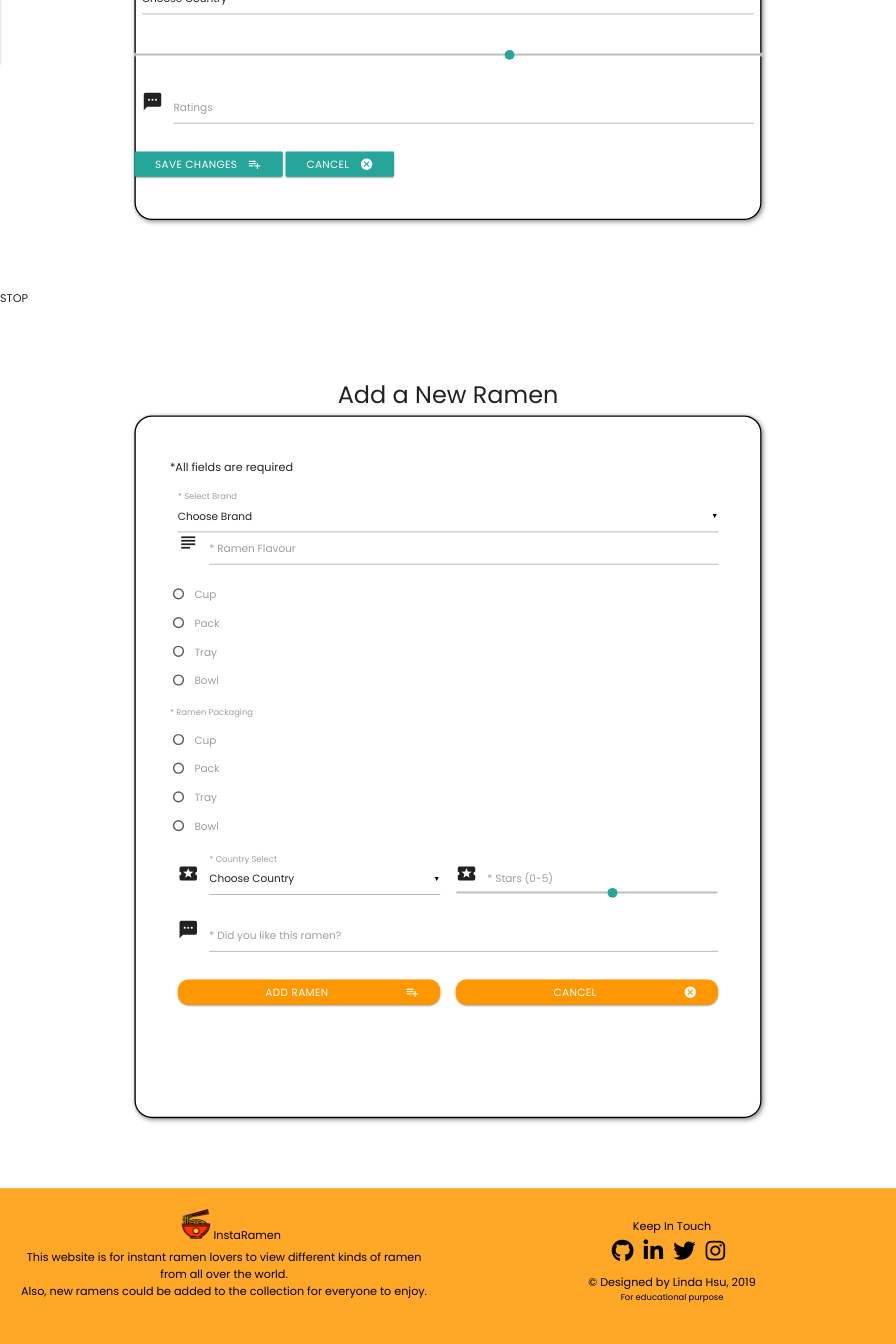
Repository: Paddlepop25/codeinstitute-insta-ramen
Page: templates/edit_ramen.html
The author's editor kept a record of every edit. The page is drawn from the files as they stood at one moment, then again after the next edit.
The browser window is 1280 px wide. The pictures show the part of the page from y = 689 to 2609 px (the page is 2609 px tall before and 2502 px after), at 70% of full size.
Some web libraries are served in a nearby version. The page is served by the project's application, run on Flask 3 (app.py). The template is opened directly, without the code that normally fills it, so the values that code supplies are empty.

Above is the page before.

### templates/edit_ramen.html
{% extends 'base.html' %} {% block content %}

<div class="container edit-ramen">
      <h4>Edit Ramen</h4>
  <div class="row">
    <form action="{{ url_for('update_ramen', ramen_id=ramen._id) }}" method="POST" class="ramen_form">
      <div class="row">
        <span>*</span><span>All fields are required</span>
      </div>

      <div class="input-field col s6">
        <select required id="Brand" name="Brand">
                    <option value="" disabled selected>Choose Brand</option>
                    {% for ramen_brand in brands | sort (attribute='Brand') %}
                    {% if ramen_brand.Brand == ramen.Brand %}
                        <option value="{{ ramen_brand.Brand }}" selected>{{ ramen_brand.Brand|capitalize}}</option>
                      {% else %}
                      <option value="{{ ramen_brand.Brand }}">{{ ramen_brand.Brand }}</option>
                        {% endif %}
                    {% endfor %}

                  </select>
        <label><span>* </span>Select Brand</label>
      </div>

      <div class="row">
        <div class="input-field col s12">
          <i class="material-icons prefix">subject</i>
          <input id="Flavour" name="Flavour" type="text" value="{{ramen.Flavour}}">
          <label for="ramen_flavour">Ramen Flavour</label>
        </div>
      </div>

      <div class="row">
        <p>
          {% if ramen.Style == "Cup" %}
          <input class="with-gap" name="Style" type="radio" id="cup" value="Cup" checked/> {% else %}
          <input class="with-gap" name="Style" type="radio" id="cup" value="Cup" /> {% endif %}
          <label for="cup">Cup</label>
        </p>
        <p>
          {% if ramen.Style == "Pack" %}
          <input class="with-gap" name="Style" type="radio" id="pack" value="Pack" checked/> {% else %}
          <input class="with-gap" name="Style" type="radio" id="pack" value="Pack" /> {% endif %}
          <label for="pack">Pack</label>
        </p>
        <p>
          {% if ramen.Style == "Tray" %}
          <input class="with-gap" name="Style" type="radio" id="tray" value="Tray" checked/> {% else %}
          <input class="with-gap" name="Style" type="radio" id="tray" value="Tray" /> {% endif %}
          <label for="tray">Tray</label>
        </p>
        <p>
          {% if ramen.Style == "Bowl" %}
          <input class="with-gap" name="Style" type="radio" id="bowl" value="Bowl" checked/> {% else %}
          <input class="with-gap" name="Style" type="radio" id="bowl" value="Bowl" /> {% endif %}
          <label for="bowl">Bowl</label>
        </p>
      </div>

      <div class="row">
        <div class="input-field col s12">
          <select id="Country" name="Country">
                    <option value disabled selected>Choose Country</option>
                      {% for ramen_country in countries %}
                      {% if ramen_country.Country == ramen.Country %}
                        <option value="{{ ramen_country.Country }}" selected>{{ ramen_country.Country }}</option>
                      {% else %}
                      <option value="{{ ramen_country.Country }}">{{ ramen_country.Country }}</option>
                        {% endif %}
                    {% endfor %}
                  </select>
          <label>Country Select</label>
        </div>
      </div>


      <div class="row">
        <p class="range-field">
          <input type="range" id="Stars" name="Stars" min="0" max="5" value="{{ramen.Stars}}" />
        </p>
      </div>

      <div class="row">
        <div class="input-field col s12">
          <i class="material-icons prefix">textsms</i>
          <input id="Ratings" name="Ratings" type="text" value="{{ramen.Ratings}}">
          <label for="ramen_rating">Ratings</label>
        </div>
      </div>

      <div class="row">
        <button class="btn waves-effect waves-light" type="submit" name="action">Save Changes
                  <i class="material-icons right">playlist_add</i>
                </button>
        <a href="{{url_for('get_ramen')}}" class="btn"><i class="material-icons right">cancel</i>Cancel</a>

      </div>
    </form>

  </div>
</div>

STOP

<div class="container add-ramen">
    <h4>Add a New Ramen</h4>
  <form action="{{ url_for('update_ramen', ramen_id=ramen._id) }}" method="POST" class="ramen-form">
    <div class="row">
      <span>*</span><span>All fields are required</span>
    </div>

    <div class="row select-countries">
      <div class="input-field col s12">
        <select required id="Brand" name="Brand">
          <option value="" disabled selected>Choose Brand</option>
          {% for brand in brands | sort (attribute='Brand')%}
          {% if ramen_brand.Brand == ramen.Brand %}
                        <option value="{{ ramen_brand.Brand }}" selected>{{ ramen_brand.Brand|capitalize}}</option>
                      {% else %}
                      <option value="{{ ramen_brand.Brand }}">{{ ramen_brand.Brand }}</option>
                        {% endif %}
                    {% endfor %}
        </select>
        <label><span>* </span>Select Brand</label>
      </div>
    </div>

    <div class="row select-flavour">
      <div class="input-field col s12">
        <i class="material-icons prefix">subject</i>
        <input id="Flavour" name="Flavour" type="text" value="{{ramen.Flavour}}" required>
        <label for="ramen_flavour"><span>* </span>Ramen Flavour</label>
      </div>
    </div>

     <div class="row select-packaging">
        <p>
          {% if ramen.Style == "Cup" %}
          <input class="with-gap" name="Style" type="radio" id="cup" value="Cup" checked/> {% else %}
          <input class="with-gap" name="Style" type="radio" id="cup" value="Cup" /> {% endif %}
          <label for="cup">Cup</label>
        </p>
        <p>
          {% if ramen.Style == "Pack" %}
          <input class="with-gap" name="Style" type="radio" id="pack" value="Pack" checked/> {% else %}
          <input class="with-gap" name="Style" type="radio" id="pack" value="Pack" /> {% endif %}
          <label for="pack">Pack</label>
        </p>
        <p>
          {% if ramen.Style == "Tray" %}
          <input class="with-gap" name="Style" type="radio" id="tray" value="Tray" checked/> {% else %}
          <input class="with-gap" name="Style" type="radio" id="tray" value="Tray" /> {% endif %}
          <label for="tray">Tray</label>
        </p>
        <p>
          {% if ramen.Style == "Bowl" %}
          <input class="with-gap" name="Style" type="radio" id="bowl" value="Bowl" checked/> {% else %}
          <input class="with-gap" name="Style" type="radio" id="bowl" value="Bowl" /> {% endif %}
          <label for="bowl">Bowl</label>
        </p>
      </div>

    <div class="row select-packaging">
      <label><span>* </span>Ramen Packaging</label>
      <p>
        <input class="with-gap" name="Style" type="radio" id="cup" value="Cup" required/>
        <label for="cup">Cup</label>
      </p>
      <p>
        <input class="with-gap" name="Style" type="radio" id="pack" value="Pack" />
        <label for="pack">Pack</label>
      </p>
      <p>
        <input class="with-gap" name="Style" type="radio" id="tray" value="Tray" />
        <label for="tray">Tray</label>
      </p>
      <p>
        <input class="with-gap" name="Style" type="radio" id="bowl" value="Bowl" />
        <label for="bowl">Bowl</label>
      </p>
    </div>












    <div class="row select-country-stars">

      <div class="input-field col s12 m6">
        <i class="material-icons prefix">local_play</i>
        <select id="Country" name="Country" required>
          <option value="" disabled selected>Choose Country</option>
          {% for ramen in countries %}
              <option value="{{ ramen.Country }}" >{{ ramen.Country }}</option>
          {% endfor %}
        </select>
        <label><span>* </span>Country Select</label>
      </div>

      <div class="input-field col s12 m6">
        <i class="material-icons prefix">local_play</i>
        <label><span>* </span>Stars (0-5)</label>
        <p class="range-field stars">
          <input type="range" id="Stars" name="Stars" min="0" max="5" required/>
        </p>
      </div>

    </div>

    <div class="row select-reviews">
      <div class="input-field col s12">
        <i class="material-icons prefix">textsms</i>
        <input id="Ratings" name="Ratings" type="text" required>
        <label for="ramen_rating"><span>* </span>Did you like this ramen?</label>
      </div>
    </div>

    <div class="row select-submit">
      <div class="col s12 m6">
        <button class="btn waves-effect waves-light orange" type="submit" name="action">
          <i class="material-icons right">playlist_add</i>Add Ramen
      </button>
      </div>
      <div class="col s12 m6">
        <a href="{{url_for('get_ramen')}}" class="btn orange"><i class="material-icons right">cancel</i>Cancel</a>
      </div>
    </div>


  </form>

</div>
{% endblock %}

### templates/base.html
<!DOCTYPE html>
<html>

<head>
  <link href="https://fonts.googleapis.com/icon?family=Material+Icons" rel="stylesheet">
  <link rel="stylesheet" href="https://cdnjs.cloudflare.com/ajax/libs/materialize/0.100.2/css/materialize.min.css">
  <link rel="stylesheet" href="https://use.fontawesome.com/releases/v5.8.1/css/all.css" integrity="sha384-50oBUHEmvpQ+1lW4y57PTFmhCaXp0ML5d60M1M7uH2+nqUivzIebhndOJK28anvf" crossorigin="anonymous" />
  <link href="https://fonts.googleapis.com/css?family=Montserrat|Poppins|Roboto&display=swap" rel="stylesheet">
  <link rel="icon" href="{{ url_for('static', filename='images/favicon.ico') }}" type="image/x-icon" />
  <link rel="stylesheet" href="/static/styles/styles.css" type="text/css" />

  <!-- Meta Data -->
  <meta charset="UTF-8">
  <meta name="viewport" content="width=device-width, initial-scale=1, shrink-to-fit=no">
  <meta http-equiv="X-UA-Compatible" content="ie=edge">
  <meta name="description" content="Insta Ramen">
  <meta name="keywords" content="Noodles, Ramen, Instant, Cup, Bowl, Packet">
  <meta name="author" content="Linda Hsu">

  <title>InstaRamen - {{ title }} </title>
</head>

<body>
  <header>
    <div class="navbar-fixed">
    <nav>
      <div class="nav-wrapper orange lighten-1">
        <a href="{{url_for('index')}}" class="brand-logo"><img class="ramen_logo" src="{{ url_for('static', filename='images/noodle_icon.png') }}" alt="Ramen noodles with chopsticks logo"/></a>
        <a href="#" data-activates="mobile-demo" class="button-collapse"><i class="material-icons">menu</i></a>
        <ul class="right hide-on-med-and-down">
          <li><a href="{{url_for('index')}}">Home</a></li>
          <li><a href="{{url_for('add_ramen')}}">Add Ramen</a></li>
          <li><a href="{{url_for('get_ramen')}}">Ramen Collection</a></li>
          <!--<li><a href="{{url_for('get_brands')}}">Ramen Brands</a></li>-->
          <li><a class="dropdown-button" href="#!" data-activates="dropdown1">Ramen Around The World<i class="material-icons right">arrow_drop_down</i></a>
            <ul id="dropdown1" class="dropdown-content">
              <li><a href="{{ url_for('ramen_asia') }}">Asia</a></li>
              <li><a href="{{ url_for('ramen_americas') }}">The Americas</a></li>
              <li><a href="{{ url_for('ramen_europe') }}">Europe</a></li>
              <li><a href="{{ url_for('ramen_rest_world') }}">Rest Of The World</a></li>
            </ul>
          </li>
        </ul>
        <ul class="side-nav" id="mobile-demo">
          <li><a href="{{url_for('index')}}">Home</a></li>
          <li><a href="{{url_for('add_ramen')}}">Add Ramen</a></li>
          <li><a href="{{url_for('get_ramen')}}">Ramen Collection</a></li>
          <!--<li><a href="{{url_for('get_brands')}}">Ramen Brands</a></li>-->
          <li><a href="{{ url_for('ramen_asia') }}">Ramen from Asia</a></li>
          <li><a href="{{ url_for('ramen_americas') }}">Ramen from The Americas</a></li>
          <li><a href="{{ url_for('ramen_europe') }}">Ramen from Europe</a></li>
          <li><a href="{{ url_for('ramen_rest_world') }}">Ramen from Rest Of The World</a></li>
        </ul>
      </div>
    </nav>
    </div>
  </header>

  {% block content %} {% endblock %}
    <div class="container-fluid">
  <footer class="page-footer orange lighten-1">
      <div class="row">
        <div class="col s12 m6 footer-logo">
          <div class="website-info">
            <a href="{{url_for('index')}}" class="brand-logo"><img class="ramen_logo" src="{{ url_for('static', filename='images/noodle_icon.png') }}" alt="Ramen noodles with chopsticks logo"/></a>
            <a href="{{url_for('index')}}">InstaRamen</a>
          </div>
          <p>This website is for instant ramen lovers to view different kinds of ramen from all over the world.
          <br>
          Also, new ramens could be added to the collection for everyone to enjoy.</p>
        </div>

        <div class="col s12 m6 footer-social">
          <p>Keep In Touch</p>
          <span><a href="https://github.com/Paddlepop25" target="_blank"><i class="fab fa-github fa-2x"></i></a></span>
          <span><a href="https://www.linkedin.com/in/lindahsu007/" target="_blank"><i class="fab fa-linkedin-in fa-2x"></i></a></span>
          <span><a href="https://twitter.com/shecodeshsucode" target="_blank"><i class="fab fa-twitter fa-2x"></i></a></span>
          <span><a href="https://www.instagram.com/shecodeshsucodes/" target="_blank"><i class="fab fa-instagram fa-2x"></i></a></span>
          <p class="design">&copy; Designed by Linda Hsu, 2019</p>
          <small>For educational purpose</small>
        </div>
      </div>
  </footer>
    </div>

  <script src="https://cdnjs.cloudflare.com/ajax/libs/jquery/3.2.1/jquery.min.js"></script>
  <script src="https://cdnjs.cloudflare.com/ajax/libs/materialize/0.100.2/js/materialize.min.js"></script>
  <!--<script type="text/javascript" src="./static/scripts/app.js"></script>-->
  <script type="text/javascript">
    $(document).ready(function() {
      $(".button-collapse").sideNav();
      $('select').material_select();
      $(".dropdown-button").dropdown();
    });
  </script>
</body>

</html>

### app.py
import os
from flask import Flask, render_template, redirect, request, url_for, send_from_directory
from flask_pymongo import PyMongo, DESCENDING
from bson.objectid import ObjectId
import re
import math
from werkzeug.utils import secure_filename

app = Flask(__name__)
app.config['UPLOAD_FOLDER'] = '/home/ubuntu/environment/uploads'
app.config['MONGO_DBNAME'] = 'ramen_database'
app.config["MONGO_URI"] = os.environ.get("MONGO_URI")

mongo = PyMongo(app)

@app.route('/')
def index():
    lastest_three=mongo.db.ramens.find().sort([("_id", DESCENDING)]).limit(3)
    return render_template('index.html', title="Home", lastest_three=lastest_three)

@app.route('/display_ramen/<ramen_id>', methods=['GET'])
def display_ramen(ramen_id):
    ramen = mongo.db.ramens.find_one({"_id": ObjectId(ramen_id)})
    return render_template('display_ramen.html', title="Display Ramen", ramen=ramen)

@app.route('/get_ramen')
def get_ramen():
    ramens=mongo.db.ramens.find().sort([("_id", DESCENDING)])
    return render_template('ramen_collection.html', title="Ramen Collection", ramens=ramens)

@app.route('/ramen_asia')
def ramen_asia():
    ramens=mongo.db.ramens.find({'Continent': 'Asia'})
    return render_template('ramen_asia.html', title="Asian", ramens=ramens)

@app.route('/ramen_europe')
def ramen_europe():
    ramens=mongo.db.ramens.find({'Continent': 'Europe'})
    return render_template('ramen_europe.html', title="Europe", ramens=ramens)

@app.route('/ramen_americas')
def ramen_americas():
    ramens=mongo.db.ramens.find({'Continent': 'The Americas'})
    return render_template('ramen_americas.html', title="Europe", ramens=ramens)

@app.route('/ramen_rest_world')
def ramen_rest_world():
    ramens=mongo.db.ramens.find({'Continent': 'The Rest'})
    return render_template('ramen_rest_world.html', title="Rest Of The World", ramens=ramens)

@app.route('/ramen_world')
def ramen_world():
    ramens=mongo.db.ramens.find(
        {'$or':
            [{'Continent': 'Asia'},{'Continent': "Europe"},{'Continent': "The Americas"},{'Continent': "The Rest"}]
        }
        )
    return render_template('ramen_world.html', title="Rest Of The World", ramens=ramens)

@app.route('/search_ramen')
def search_ramen():
    orig_query = request.args['query']
    query = {'$regex': re.compile('.*{}.*'.format(orig_query)), '$options': 'i'}
    print(query)
    results=mongo.db.ramens.find({'Flavour': query})

    # if file and allowed_file(file.filename):
    #         filename = secure_filename(file.filename)
    #         file.save(os.path.join(app.config['UPLOAD_FOLDER'], filename))
    #         return redirect(url_for('uploaded_file',
    #                                 filename=filename))

    ramen = []
    for result in results:
        ramen.append(result)

    return render_template('ramen_search.html', title="Search Results", query=orig_query, ramen_search=ramen)

@app.route('/add_ramen')
def add_ramen():
    brands = mongo.db.brands.find()
    countries=mongo.db.countries.find()
    return render_template('add_ramen.html', title="Add a Ramen", countries=countries, brands=brands)

@app.route('/insert_ramen', methods=['POST'])
def insert_ramen():
    ramens = mongo.db.ramens
    new_ramen = {
        'Brand': request.form.get('Brand'),
        'Flavour':request.form.get('Flavour'),
        'Style': request.form.get('Style'),
        'Country':request.form.get('Country'),
        'Stars':int(request.form.get('Stars')),
        'Ratings':request.form.get('Ratings')
    }
    ramens.insert_one(new_ramen)
    return redirect(url_for('get_ramen'))

@app.route('/edit_ramen/<ramen_id>', methods=['GET'])
def edit_ramen(ramen_id):
    ramen = mongo.db.ramens.find_one({"_id": ObjectId(ramen_id)})
    brands = mongo.db.brands.find()
    countries = mongo.db.countries.find()
    return render_template('edit_ramen.html', title="Edit Ramen", ramen=ramen, brands=brands, countries=countries)

@app.route('/update_ramen/<ramen_id>', methods=["POST"])
def update_ramen(ramen_id):
    ramen = mongo.db.ramens
    ramen.update( {'_id': ObjectId(ramen_id)},
    {
        'Brand': request.form.get('Brand'),
        'Flavour':request.form.get('Flavour'),
        'Style': request.form.get('Style'),
        'Country':request.form.get('Country'),
        'Stars':int(request.form.get('Stars')),
        'Ratings':request.form.get('Ratings')
    })
    return redirect(url_for('get_ramen'))

@app.route('/delete_ramen/<ramen_id>')
def delete_ramen(ramen_id):
    mongo.db.ramens.remove({'_id': ObjectId(ramen_id)})
    return redirect(url_for('get_ramen'))

@app.route('/get_brands')
def get_brands():
    brands = mongo.db.brands.find()
    return render_template('brands.html', title="Ramen Brands", brands=brands)

@app.route('/add_brands')
def add_brands():
    brands = mongo.db.brands.find()
    add_a_brand = mongo.db.ramens.find()
    return render_template('add_brands.html', title="Add a Brand", add_a_brand=add_a_brand, brands=brands)

@app.route('/insert_brand', methods=['POST'])
def insert_brand():
    brand = mongo.db.brands
    query = request.form.get('Brand').lower()
    find_brand = mongo.db.brands.find_one({'Brand': query})
    if find_brand is None:
        new_brand = {
            'Brand': request.form.get('Brand').lower()
        }
        brand.insert_one(new_brand)
    return redirect(url_for('add_ramen'))

@app.errorhandler(404)
def error_404(not_found):
    return render_template('error404.html', title="Error 404", not_found=not_found)

if __name__ == '__main__':
    app.run(host=os.environ.get('IP'),
            port=int(os.environ.get('PORT')),
            debug=True)

Loaded but not shown: static/styles/styles.css (512 lines, source omitted)

After the next edit:
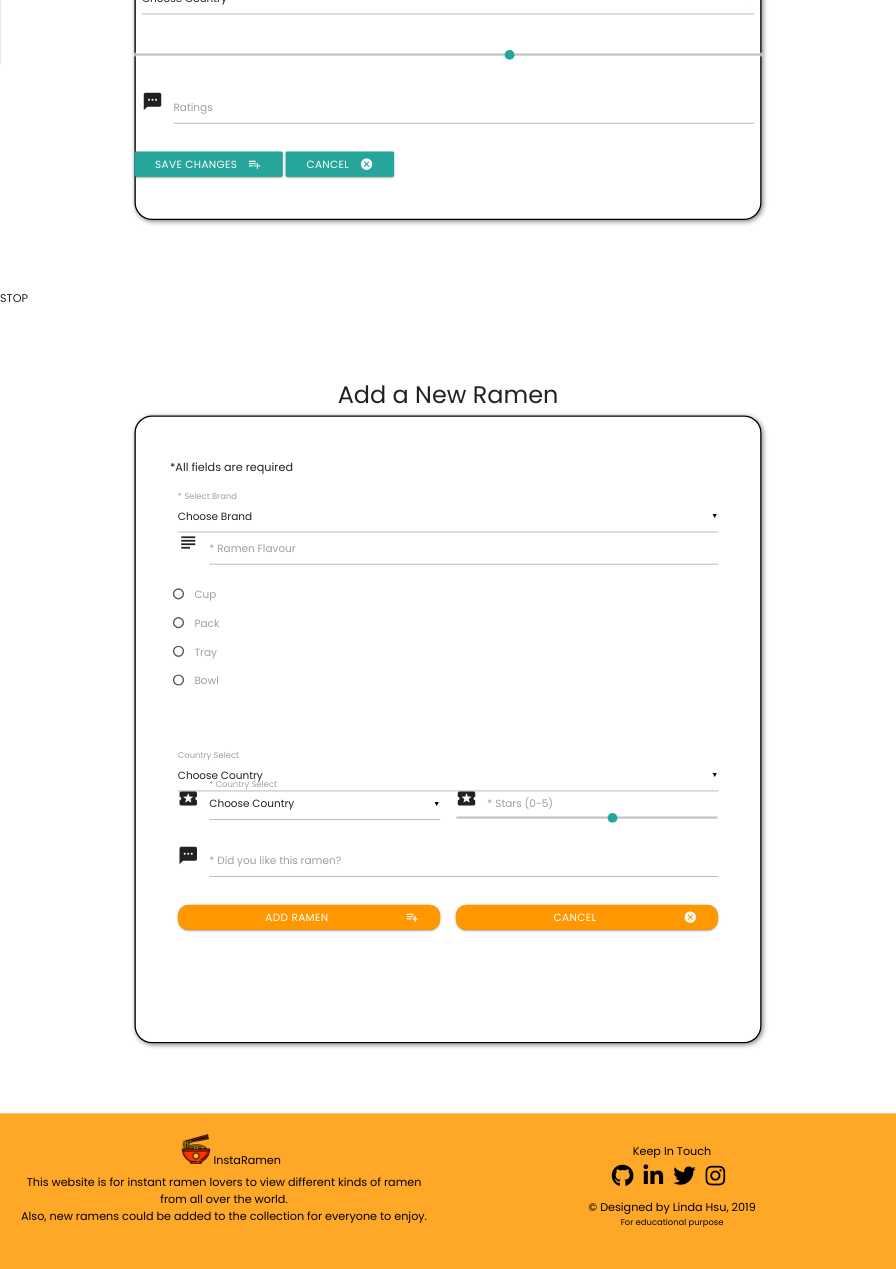
The edit:
--- a/templates/edit_ramen.html
+++ b/templates/edit_ramen.html
@@ -161,35 +161,21 @@
         </p>
       </div>
 
-    <div class="row select-packaging">
-      <label><span>* </span>Ramen Packaging</label>
-      <p>
-        <input class="with-gap" name="Style" type="radio" id="cup" value="Cup" required/>
-        <label for="cup">Cup</label>
-      </p>
-      <p>
-        <input class="with-gap" name="Style" type="radio" id="pack" value="Pack" />
-        <label for="pack">Pack</label>
-      </p>
-      <p>
-        <input class="with-gap" name="Style" type="radio" id="tray" value="Tray" />
-        <label for="tray">Tray</label>
-      </p>
-      <p>
-        <input class="with-gap" name="Style" type="radio" id="bowl" value="Bowl" />
-        <label for="bowl">Bowl</label>
-      </p>
-    </div>
-
-
-
-
-
-
-
-
-
-
+          <div class="row">
+        <div class="input-field col s12">
+          <select id="Country" name="Country">
+                    <option value disabled selected>Choose Country</option>
+                      {% for ramen_country in countries %}
+                      {% if ramen_country.Country == ramen.Country %}
+                        <option value="{{ ramen_country.Country }}" selected>{{ ramen_country.Country }}</option>
+                      {% else %}
+                      <option value="{{ ramen_country.Country }}">{{ ramen_country.Country }}</option>
+                        {% endif %}
+                    {% endfor %}
+                  </select>
+          <label>Country Select</label>
+        </div>
+      </div>
 
 
     <div class="row select-country-stars">
